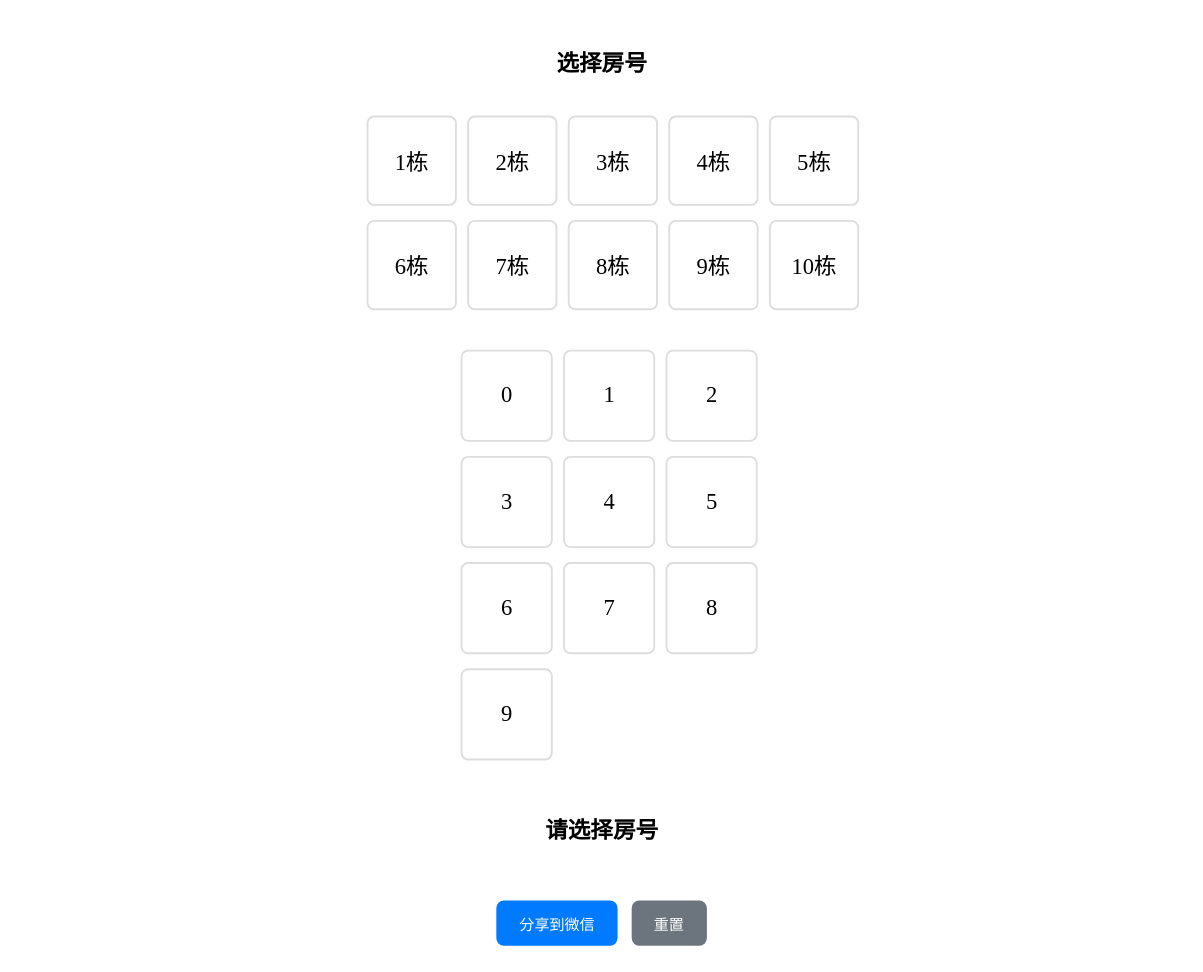
Repository: zhi-shou/moon
Page: /home
These files come from the project's save history. The page is drawn as it stood at one moment and after the next save; the edit follows.
The browser window is 1280 px wide. The pictures show the whole page, at 94% of full size.
The project was rebuilt for these pictures with package versions that can differ from the ones it lists, and the page was loaded fresh each time. Also part of the build but not shown: vite.config.js.

Above is the page before, as saved 2025-01-17 13:51:11.

### src/main.jsx
import { createRoot } from 'react-dom/client';
import { BrowserRouter, Routes, Route } from 'react-router-dom';
import App from './App';
import Home from './pages/home';

const rootElement = document.getElementById('root');
const root = createRoot(rootElement);
root.render(
  <BrowserRouter
    future={{ v7_startTransition: true, v7_relativeSplatPath: true }}
  >
    <Routes>
      <Route path="/" element={<App />}>
        <Route path="/home" element={<Home />} />
        <Route
          path="*"
          element={
            <main style={{ padding: '1rem' }}>
              <p>There's nothing here!</p>
            </main>
          }
        />
      </Route>
    </Routes>
  </BrowserRouter>
);

### src/App.jsx
import React from 'react';
import Home from './pages/home';

function App() {
  return (
    <div>
      <Home />
    </div>
  );
}

export default App;

### src/pages/home.jsx
import React, { useState } from 'react';
import { styles } from './home.styles.js';

const Home = () => {
  const [selectedBuilding, setSelectedBuilding] = useState('');
  const [roomNumber, setRoomNumber] = useState('');
  const [error, setError] = useState('');

  const buildings = Array.from({ length: 10 }, (_, i) => i + 1);
  const numbers = Array.from({ length: 10 }, (_, i) => i);

  const handleBuildingClick = (building) => {
    setSelectedBuilding(building);
    setError('');
  };

  const handleNumberClick = (number) => {
    if (roomNumber.length < 4) {
      setRoomNumber(prev => prev + number);
      setError('');
    }
  };

  const handleBackspace = () => {
    if (roomNumber.length > 0) {
      setRoomNumber(prev => prev.slice(0, -1));
    }
  };

  const resetSelection = () => {
    setSelectedBuilding('');
    setRoomNumber('');
    setError('');
  };

  const handleShare = () => {
    if (!selectedBuilding) {
      setError('请先选择楼栋');
      return;
    }
    if (roomNumber.length !== 4) {
      setError('请输入4位房号');
      return;
    }

    const fullRoomNumber = `${selectedBuilding}#${roomNumber}`;

    // 这里添加微信分享的逻辑
    if (typeof wx !== 'undefined') {
      wx.ready(() => {
        wx.shareAppMessage({
          title: '我的房号',
          desc: `我的房号是: ${fullRoomNumber}`,
          link: window.location.href,
          success: function() {
            alert('分享成功！');
          },
          fail: function() {
            alert('分享失败，请重试');
          }
        });
      });
    } else {
      alert(`分享房号: ${fullRoomNumber}`);
    }
  };

  return (
    <div style={styles.container}>
      <h2>选择房号</h2>

      <div style={styles.buildingSection}>
        {buildings.map(building => (
          <div
            key={building}
            style={{
              ...styles.block,
              ...(selectedBuilding === building ? styles.selectedBlock : {})
            }}
            onClick={() => handleBuildingClick(building)}
          >
            {building}栋
          </div>
        ))}
      </div>

      <div style={styles.numberSection}>
        {numbers.map(number => (
          <div
            key={number}
            style={styles.block}
            onClick={() => handleNumberClick(number)}
          >
            {number}
          </div>
        ))}
      </div>

      <div style={styles.result}>
        {selectedBuilding && roomNumber ? `${selectedBuilding}#${roomNumber}` : '请选择房号'}
      </div>

      {error && <div style={{ color: 'red', marginTop: '10px' }}>{error}</div>}

      <div style={styles.buttonGroup}>
        <button style={styles.button} onClick={handleShare}>
          分享到微信
        </button>

        <button
          style={{...styles.button, ...styles.resetButton}}
          onClick={resetSelection}
        >
          重置
        </button>
      </div>
    </div>
  );
};

export default Home;

### src/pages/home.styles.js
export const styles = {
  container: {
    padding: '20px',
    display: 'flex',
    flexDirection: 'column',
    alignItems: 'center',
    gap: '20px'
  },

  buildingSection: {
    display: 'grid',
    gridTemplateColumns: 'repeat(5, 1fr)',
    gap: '15px',
    width: '100%',
    maxWidth: '500px',
    marginBottom: '30px'
  },

  numberSection: {
    display: 'grid',
    gridTemplateColumns: 'repeat(3, 1fr)',
    gap: '15px',
    width: '100%',
    maxWidth: '300px',
    marginBottom: '30px'
  },

  block: {
    width: '100%',
    aspectRatio: '1',
    border: '2px solid #ddd',
    borderRadius: '8px',
    display: 'flex',
    alignItems: 'center',
    justifyContent: 'center',
    fontSize: '24px',
    cursor: 'pointer',
    backgroundColor: 'white',
    transition: 'all 0.3s',
    '&:hover': {
      backgroundColor: '#f0f0f0'
    }
  },

  selectedBlock: {
    backgroundColor: '#007AFF',
    color: 'white',
    border: '2px solid #007AFF'
  },

  result: {
    fontSize: '24px',
    fontWeight: 'bold',
    margin: '20px 0'
  },

  buttonGroup: {
    display: 'flex',
    gap: '15px',
    marginTop: '20px'
  },

  button: {
    padding: '12px 24px',
    backgroundColor: '#007AFF',
    color: 'white',
    border: 'none',
    borderRadius: '8px',
    fontSize: '16px',
    cursor: 'pointer',
    transition: 'all 0.3s',
    '&:hover': {
      backgroundColor: '#0056b3'
    }
  },

  resetButton: {
    backgroundColor: '#6c757d'
  }
};

After the next save:
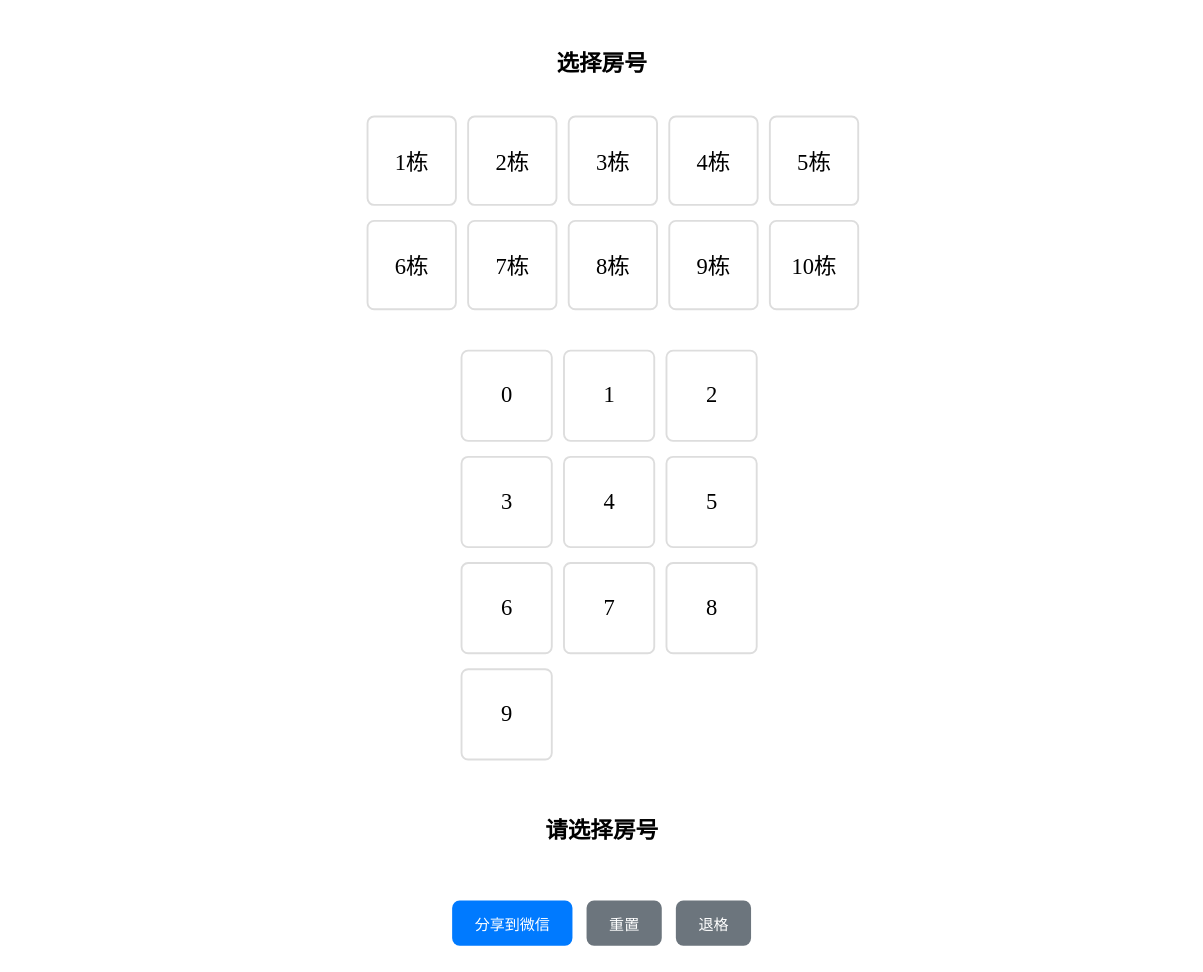
Saved 61 s later.
--- a/src/pages/home.jsx
+++ b/src/pages/home.jsx
@@ -15,10 +15,8 @@
   };
 
   const handleNumberClick = (number) => {
-    if (roomNumber.length < 4) {
-      setRoomNumber(prev => prev + number);
-      setError('');
-    }
+    setRoomNumber(prev => prev + number);
+    setError('');
   };
 
   const handleBackspace = () => {
@@ -38,8 +36,8 @@
       setError('请先选择楼栋');
       return;
     }
-    if (roomNumber.length !== 4) {
-      setError('请输入4位房号');
+    if (!roomNumber) {
+      setError('请输入房号');
       return;
     }
 
@@ -113,6 +111,13 @@
         >
           重置
         </button>
+
+        <button
+          style={{...styles.button, ...styles.resetButton}}
+          onClick={handleBackspace}
+        >
+          退格
+        </button>
       </div>
     </div>
   );
